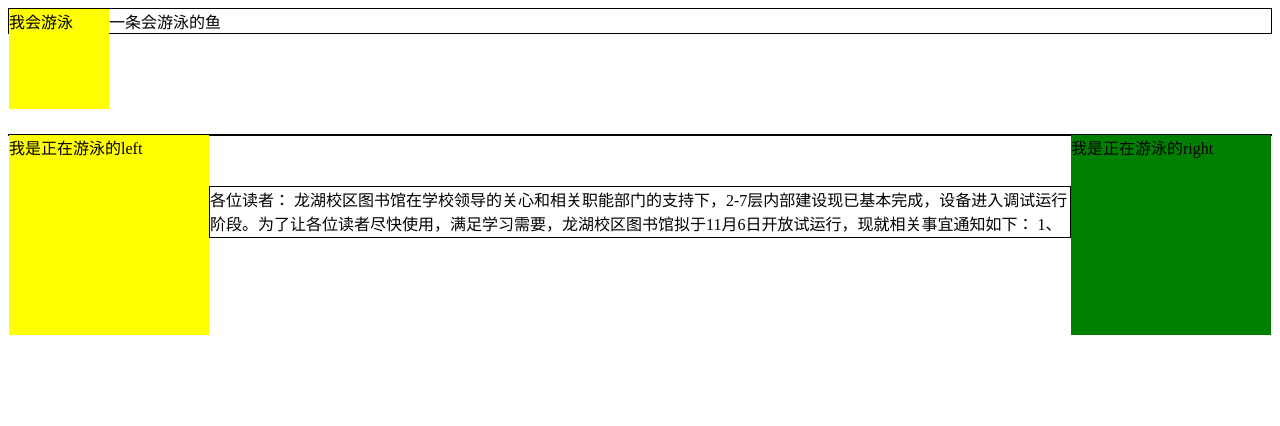
Repository: nanvon/front-end_byhuawei
Page: CSS浮动.html
These files come from the project's save history. The page is drawn as it stood at one moment and after a run of saves; the edit follows.
The browser window is 1280 px wide. The pictures show the whole page.

Above is the page before, as saved 2020-12-09 21:30:37.

### CSS浮动.html
<!DOCTYPE html>
<html lang="en">

<head>
    <meta charset="UTF-8">
    <meta name="viewport" content="width=device-width, initial-scale=1.0">
    <title>CSS浮动</title>
    <style>
        .box {
            border: 1px solid black;
            margin-bottom: 100px;
        }

        .swim {
            width: 100px;
            height: 100px;
            background: yellow;
            /* float: right; */
            float: left;
        }
        .box1{
            border: 1px solid black;
            /* overflow: hidden; */
        }
        .left{
            width: 200px;
            height: 200px;
            background: yellow;
            float: left;
        }
        .right{
            width: 200px;
            height: 200px;
            background: green;
            float: right;
        }
        .clear{
            /* clear: both; */
        }
        .box2{
            border: 1px solid black;
            height: 50px;
            overflow: scroll;
            margin-top: 50px;
        }
    </style>
</head>

<body>
    <div class="box">一条会游泳的鱼
        <div class="swim">我会游泳</div>
    </div>

    <div class="box1">
        <div class="left">我是正在游泳的left</div>
        <div class="right">我是正在游泳的right</div>
        <div class="clear"></div>

    </div>
    <div class="box2">各位读者：

        龙湖校区图书馆在学校领导的关心和相关职能部门的支持下，2-7层内部建设现已基本完成，设备进入调试运行阶段。为了让各位读者尽快使用，满足学习需要，龙湖校区图书馆拟于11月6日开放试运行，现就相关事宜通知如下：

        1、试运行期间，开馆时间为每天8:00-22:00，请读者统一从龙湖校区图书馆二楼正大门（南门）入馆。

        2、入馆读者需持本人一卡通刷卡入馆。

        3、先期开放2层大厅、3层自修室、3层期刊室、4层新书库供读者自修、阅读。5-7层各书库还在紧张建设中，暂时不开展图书借还业务。

        4、新馆试运行期间，有问题请及时向二层服务台值班老师咨询。

        龙湖校区图书馆将尽最大努力实现早日正常开放，待工作全部完成后，一个全开放、环境舒适、人性化的学习空间将提供在广大读者。

        希望广大读者给予的理解、支持和配合，同时欢迎广大读者对试运行提出宝贵意见和建议。

        图书馆

        2020年11月3日</div>



</body>

</html>

After the next 2 saves:
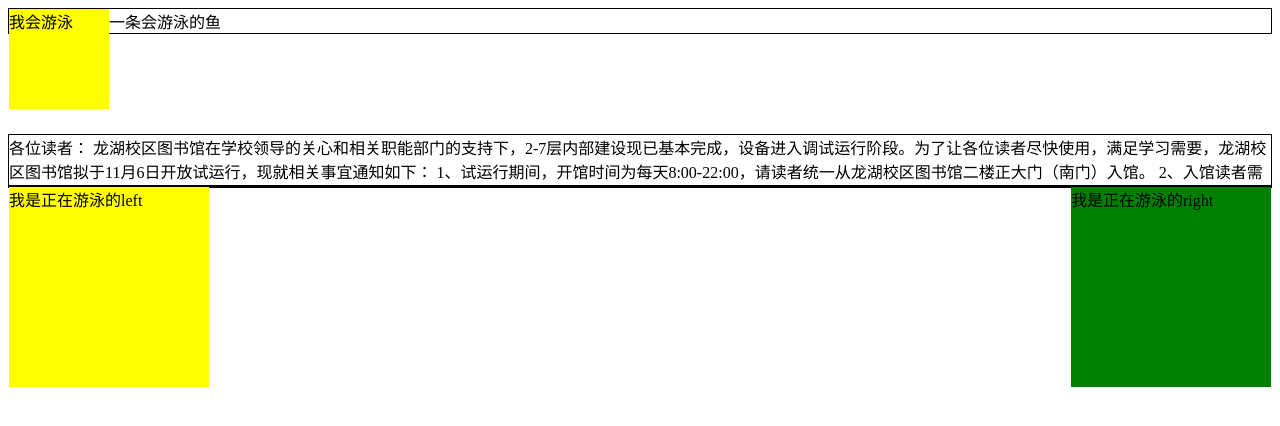
The 2 saves are shown as one change because they came seconds apart.
The last was saved 10 s later.
--- a/CSS浮动.html
+++ b/CSS浮动.html
@@ -51,12 +51,7 @@
         <div class="swim">我会游泳</div>
     </div>
 
-    <div class="box1">
-        <div class="left">我是正在游泳的left</div>
-        <div class="right">我是正在游泳的right</div>
-        <div class="clear"></div>
 
-    </div>
     <div class="box2">各位读者：
 
         龙湖校区图书馆在学校领导的关心和相关职能部门的支持下，2-7层内部建设现已基本完成，设备进入调试运行阶段。为了让各位读者尽快使用，满足学习需要，龙湖校区图书馆拟于11月6日开放试运行，现就相关事宜通知如下：
@@ -77,7 +72,12 @@
 
         2020年11月3日</div>
 
+        <div class="box1">
+            <div class="left">我是正在游泳的left</div>
+            <div class="right">我是正在游泳的right</div>
+            <div class="clear"></div>
 
+        </div>
 
 </body>
 
